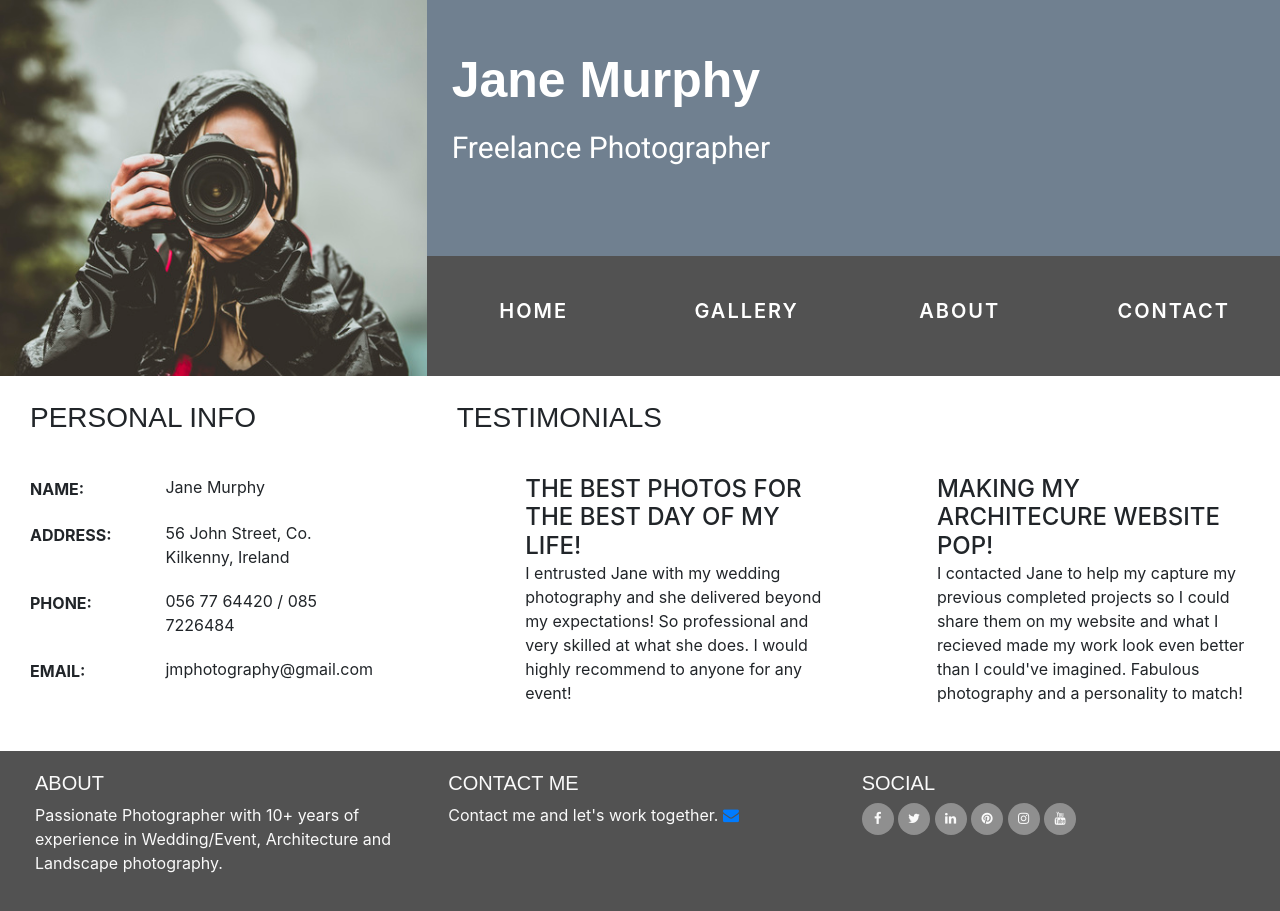
Repository: Code-Institute-Submissions/MrChrisRandall-milestone-1
Page: index.html
The author's editor kept a record of every edit. The page is drawn from the files as they stood at one moment, then again after the next edit.
The browser window is 1280 px wide. The pictures show the whole page.

Above is the page before.

### index.html
<!DOCTYPE html>
<html lang="en">

<head>
    <meta charset="UTF-8">
    <meta name="viewport" content="width=device-width, initial-scale=1.0">
    <meta http-equiv="X-UA-Compatible" content="ie=edge">
    <link rel="stylesheet" href="https://stackpath.bootstrapcdn.com/bootstrap/4.3.1/css/bootstrap.min.css" type="text/css" />
    <link rel="stylesheet" href="https://stackpath.bootstrapcdn.com/font-awesome/4.7.0/css/font-awesome.min.css" type="text/css" />
    <link rel="stylesheet" href="https://cdnjs.cloudflare.com/ajax/libs/hover.css/2.3.1/css/hover-min.css" type="text/css" />
    <link rel="stylesheet" href="assets/css/style.css" type="text/css" />
    <title>Studio 21</title>
</head>

<body>
    <header>
        <div class="row no-gutters">
            <a href="index.html" class="col-md-4 logo">

            </a>
            <div class="col-md-8">
                <div class="row no-gutters bg-color-name-title">
                    <div class="col heading">
                        <h1 class="name">Jane Murphy</h1>
                        <h2 class="title">Freelance Photographer</h2>
                    </div>
                </div>
                <div class="row no-gutters">
                    <div class="col">
                        <ul id="nav" class="list-inline menucontainer">
                            <li class="col-6 col-sm-3 ui-menu-color-home list-inline-item menuitem">
                                <a href="index.html" class="hvr-grow-shadow"><span>Home</span></a>
                            </li>
                            <li class="col-6 col-sm-3 ui-menu-color-gallery list-inline-item menuitem">
                                <a href="gallery.html" class="hvr-grow-shadow"><span>Gallery</span></a>
                            </li>
                            <li class="col-6 col-sm-3 ui-menu-color-about list-inline-item menuitem">
                                <a href="about.html" class="hvr-grow-shadow"><span>About</span></a>
                            </li>
                            <li class="col-6 col-sm-3 ui-menu-color-contact list-inline-item menuitem">
                                <a href="contact.html" class="hvr-grow-shadow"><span>Contact</span></a>
                            </li>
                        </ul>
                    </div>
                </div>

            </div>
        </div>

    </header>

    <section class="container-fluid">
        <div class="row">
            <div class="col-md-4 section-column">
                <div class="row">
                    <div class="col-12">
                        <h3 class="section-heading uppercase">
                            Personal Info
                        </h3>
                    </div>
                </div>
                <div class="personal-info-item">
                    <div class="key">
                        <p class="uppercase">
                            Name:
                        </p>
                    </div>
                    <div class="value">
                        <p>
                            Jane Murphy
                        </p>
                    </div>
                </div>
                <div class="personal-info-item">
                    <div class="key">
                        <p class="uppercase">
                            Address:
                        </p>
                    </div>
                    <div class="value">
                        <p>
                            56 John Street, Co. Kilkenny, Ireland
                        </p>
                    </div>
                </div>
                <div class="personal-info-item">
                    <div class="key">
                        <p class="uppercase">
                            Phone:
                        </p>
                    </div>
                    <div class="value">
                        <p>
                            056 77 64420 / 085 7226484
                        </p>
                    </div>
                </div>
                <div class="personal-info-item">
                    <div class="key">
                        <p class="uppercase">
                            Email:
                        </p>
                    </div>
                    <div class="value">
                        <p>
                            jmphotography@gmail.com
                        </p>
                    </div>
                </div>
            </div>
            <div class="col-md-8 section-column">
                <div class="row">
                    <div class="col">
                        <h3 class="section-heading uppercase">Testimonials</h3>
                    </div>
                </div>
                <div class="row">
                    <div class="col-10 offset-1 offset-sm-0 col-sm-4 col-md-6">
                        <div class="row">
                            <div class="col-2">
                            </div>
                            <div class="col-10">
                                <h4 class="uppercase">The best photos for the best day of my life!</h4>
                                <p>
                                    I entrusted Jane with my wedding photography and she delivered beyond my expectations! So professional and very skilled at what she does. I would highly recommend to anyone for any event!
                                </p>
                            </div>
                        </div>
                    </div>
                    <div class="col-10 offset-1 offset-sm-0 col-sm-4 col-md-6">
                        <div class="row">
                            <div class="col-2">
                            </div>
                            <div class="col-10">
                                <h4 class="uppercase">Making my architecure website pop!</h4>
                                <p>
                                    I contacted Jane to help my capture my previous completed projects so I could share them on my website and what I recieved made my work look even better than I could've imagined. Fabulous photography and a personality to match!
                                </p>
                            </div>
                        </div>
                    </div>
                    <div class="col-10 offset-1 offset-sm-0 col-sm-4 col-md-6">
                        <div class="row">
                            <div class="col-2">
                            </div>
                        </div>
                    </div>
                </div>
            </div>
        </div>

    </section>

    <footer class="container-fluid">
        <div id="footer-details" class="row">
            <div class="col-sm-4">
                <h5 class="uppercase general-sub">About</h5>
                <p class="inline-block">
                    Passionate Photographer with 10+ years of experience in Wedding/Event, Architecture and Landscape photography.
                </p>
            </div>
            <div class="col-sm-4">
                <h5 class="uppercase general-sub">Contact Me</h5>
                <p class="inline-block">
                    Contact me and let's work together.
                    <a href="contact.html" class="contant-link">
                        <i class="fa fa-envelope" aria-hidden="true"></i>
                        <span class="sr-only">Contact link.</span>
                    </a>
                </p>
            </div>
            <div class="col-sm-4">
                <h5 class="uppercase general-sub">Social</h5>
                <ul class="list-inline social-links">
                    <li class="list-inline-item">
                        <a target="_blank" href="#">
                            <i class="fa fa-facebook" aria-hidden="true"></i>
                            <span class="sr-only">Facebook</span>
                        </a>
                    </li>
                    <li class="list-inline-item">
                        <a target="_blank" href="#">
                            <i class="fa fa-twitter" aria-hidden="true"></i>
                            <span class="sr-only">Twitter</span>
                        </a>
                    </li>
                    <li class="list-inline-item">
                        <a target="_blank" href="#">
                            <i class="fa fa-linkedin" aria-hidden="true"></i>
                            <span class="sr-only">LinkedIn</span>
                        </a>
                    </li>
                    <li class="list-inline-item">
                        <a target="_blank" href="#">
                            <i class="fa fa-pinterest" aria-hidden="true"></i>
                            <span class="sr-only">Pinterest</span>
                        </a>
                    </li>
                    <li class="list-inline-item">
                        <a target="_blank" href="#">
                            <i class="fa fa-instagram" aria-hidden="true"></i>
                            <span class="sr-only">Instagram</span>
                        </a>
                    </li>
                    <li class="list-inline-item">
                        <a target="_blank" href="#">
                            <i class="fa fa-youtube" aria-hidden="true"></i>
                            <span class="sr-only">YouTube</span>
                        </a>
                    </li>
                </ul>
            </div>
        </div>
    </footer>

</body>

</html>

### assets/css/style.css
@import url('https://fonts.googleapis.com/css?family=Roboto&display=swap:100,200,300,400,500,600,700|Exo:100,200,300,400,500,600,700');


/*--------------------------------------------------Colors*/

.bg-color-name-title {
    background-color: #708090;
}

.ui-menu-color-home {
    background-color: #525252;
}

.ui-menu-color-gallery {
    background-color: #525252;
}

.ui-menu-color-about {
    background-color: #525252;
}

.ui-menu-color-contact {
    background-color: #525252;
}

/*--------------------------------------------------General*/

h1,
h2,
h3,
h4 {
    margin: 0;
}

.uppercase {
    text-transform: uppercase;
}

.general-sub {
    font-family: "Exo", sans-serif;
    font-weight: 300;
    color: #fafafa
}

.inline-block {
    display: inline-block;
}

.row-table {
    display: table;
}

.section-column {
    display: table-cell;
    padding: 0 30px 30px;
    float: none;
}

.history-heading,
.section-heading {
    font-family: "Exo", sans-serif;
    font-weight: 300;
    margin-top: 25px;
    margin-bottom: 40px;
}

/*--------------------------------------------------Header*/

.header {
    margin: 0;
}

.heading {
    margin-left: 25px;
}

.logo {
    background: url(../images/pic.jpg);
    background-position: center;
    background-repeat: no-repeat;
    background-size: cover;
    min-height: 360px;
}

.name {
    font-family: "Exo", sans-serif;
    font-weight: 600;
    font-size: 50px;
    margin-top: 50px;
    color: #fff;
}

.title {
    font-family: "Roboto", sans-serif;
    font-weight: 400;
    font-size: 30px;
    margin-top: 20px;
    margin-bottom: 90px;
    color: #fff;
}

.list-inline-item:not(:last-child) {
    margin: 0;
}

.menucontainer {
    font-size: 0;
}

#nav {
    margin: 0;
}

#nav li {
    font-size: 14px;
    padding: 0;
}

.menuitem {
    height: 120px;
    text-align: center;
    padding: 0;
}

.menuitem a {
    width: 100%;
    text-decoration: none;
    color: #fff;
    height: 120px;
}

.menuitem span {
    display: block;
    width: 100%;
    padding-top: 40px;
    text-align: center;
    text-transform: uppercase;
    font-size: 20px;
    font-weight: 600;
    letter-spacing: 2px;
}

/*--------------------------------------------------Footer*/

footer {
    background-color: #525252;
    color: #fafafa;
    min-height: 120px;
    margin: 0;
}

.contact-link i {
    width: 32px;
    height: 32px;
    padding: 12px 0;
    border-radius: 50%;
    font-size: 13px;
    line-height: 7px;
    text-align: center;
    color: #fafafa;
    background: #8f8f8f;
    transition: all 0.35s ease-in-out;
    -moz-transition: all 0.35s ease-in-out;
    -webkit-transition: all 0.35s ease-in-out;
    -o-transition: all 0.35s ease-in-out;
}

.social-links {
    padding-bottom: 15px;
}

.social-links li a i {
    width: 32px;
    height: 32px;
    padding: 12px 0;
    border-radius: 50%;
    font-size: 13px;
    line-height: 7px;
    text-align: center;
    color: #fafafa;
    background: #8f8f8f;
    transition: all 0.35s ease-in-out;
    -moz-transition: all 0.35s ease-in-out;
    -webkit-transition: all 0.35s ease-in-out;
    -o-transition: all 0.35s ease-in-out;
}

.social-links li a i:hover {
    background: #708090;
}

#footer-details {
    padding: 20px;
}

/*--------------------------------------------------Personal Info*/

.personal-info-item {
    margin-bottom: 20px;
    display: block;
    clear: both;
}

.personal-info-item .key,
.personal-info-item .value {
    padding-right: 8px;
    display: inline-block;
}

.personal-info-item .key p,
.personal-info-item .value p {
    margin: 0;
}

.personal-info-item .key {
    width: 30%;
    margin-right: 21px;
    padding-top: 2px;
    vertical-align: top;
}

.personal-info-item .key p {
    font-weight: 700;
}

.personal-info-item .value {
    position: relative;
    width: 60%;
}

/*--------------------------------------------------Contact Form*/

.contact-heading {
    font-family: "Exo", sans-serif;
    font-weight: 300;
    margin-top: 25px;
    margin-bottom: 20px;
}

.center-form {
    padding-top: 10px;
    margin: 0 auto;
    max-width: 70%;
}

button[type="submit"] {
    margin-top: 15px;
    margin-bottom: 20px;
    color: #fafafa;
    background-color: #e84610;
}

/*--------------------------------------------------Gallery*/

.flex-container {
    width: 1280px;
    min-height: 500px;
    background: #fff;
    margin: 70px auto 0;
    display: flex;
    flex-direction: row;
    flex-wrap: wrap;
}

.flex-container .box {
    position: relative;
    width: 250px;
    height: 167px;
    background: #000000;
    margin: 25px;
    display: inline-block
}

.flex-container .box .imgBox {
    position: relative;
}

.flex-container .box .imgBox img {
    max-width: 250px;
    width: 250px;
    max-height: 167px;
    transition: transform 2s;
}

.flex-container .box:hover .imgBox img {
    transform: scale(1.15);
}

After the next edit:
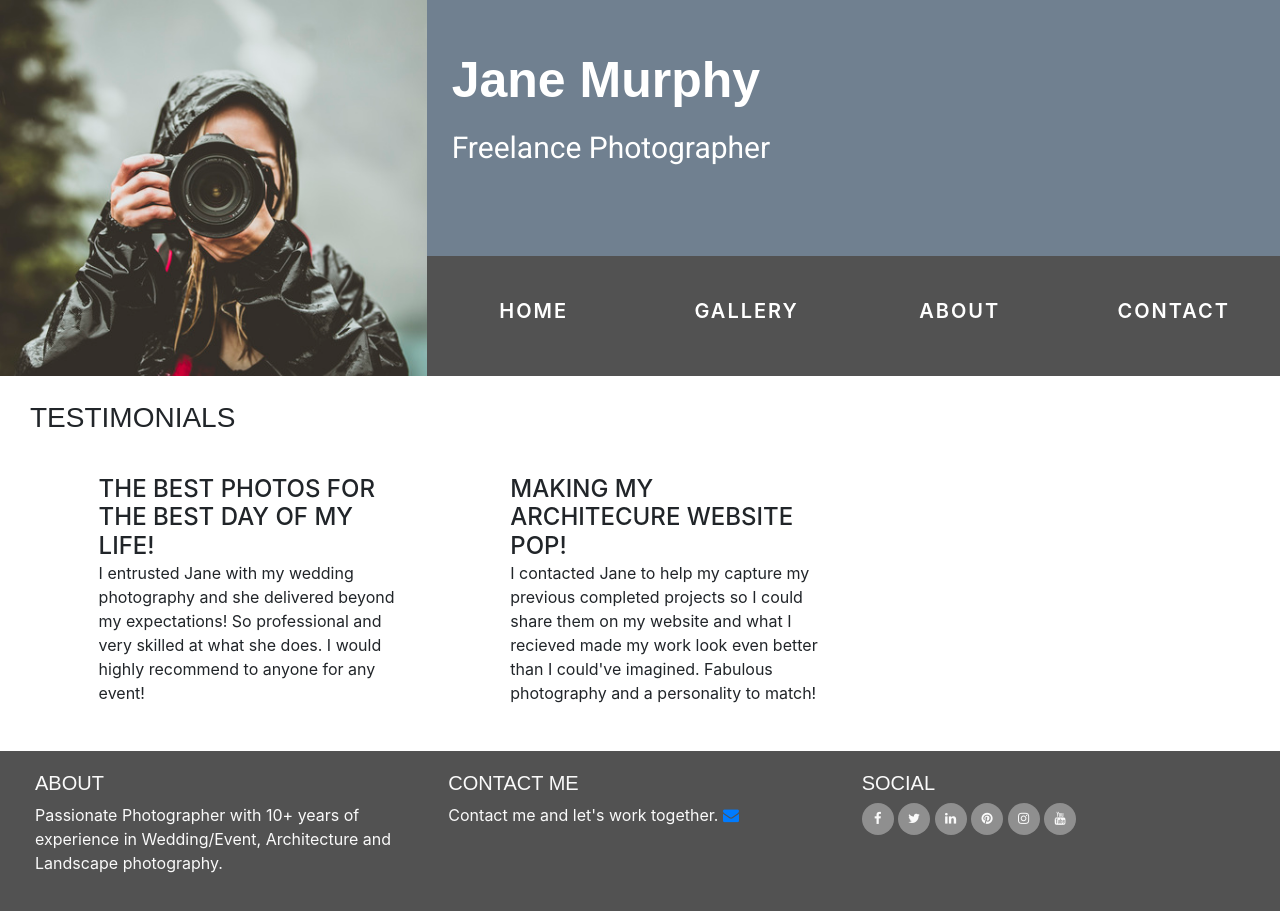
The edit:
--- a/index.html
+++ b/index.html
@@ -51,63 +51,7 @@
 
     <section class="container-fluid">
         <div class="row">
-            <div class="col-md-4 section-column">
-                <div class="row">
-                    <div class="col-12">
-                        <h3 class="section-heading uppercase">
-                            Personal Info
-                        </h3>
-                    </div>
-                </div>
-                <div class="personal-info-item">
-                    <div class="key">
-                        <p class="uppercase">
-                            Name:
-                        </p>
-                    </div>
-                    <div class="value">
-                        <p>
-                            Jane Murphy
-                        </p>
-                    </div>
-                </div>
-                <div class="personal-info-item">
-                    <div class="key">
-                        <p class="uppercase">
-                            Address:
-                        </p>
-                    </div>
-                    <div class="value">
-                        <p>
-                            56 John Street, Co. Kilkenny, Ireland
-                        </p>
-                    </div>
-                </div>
-                <div class="personal-info-item">
-                    <div class="key">
-                        <p class="uppercase">
-                            Phone:
-                        </p>
-                    </div>
-                    <div class="value">
-                        <p>
-                            056 77 64420 / 085 7226484
-                        </p>
-                    </div>
-                </div>
-                <div class="personal-info-item">
-                    <div class="key">
-                        <p class="uppercase">
-                            Email:
-                        </p>
-                    </div>
-                    <div class="value">
-                        <p>
-                            jmphotography@gmail.com
-                        </p>
-                    </div>
-                </div>
-            </div>
+
             <div class="col-md-8 section-column">
                 <div class="row">
                     <div class="col">
